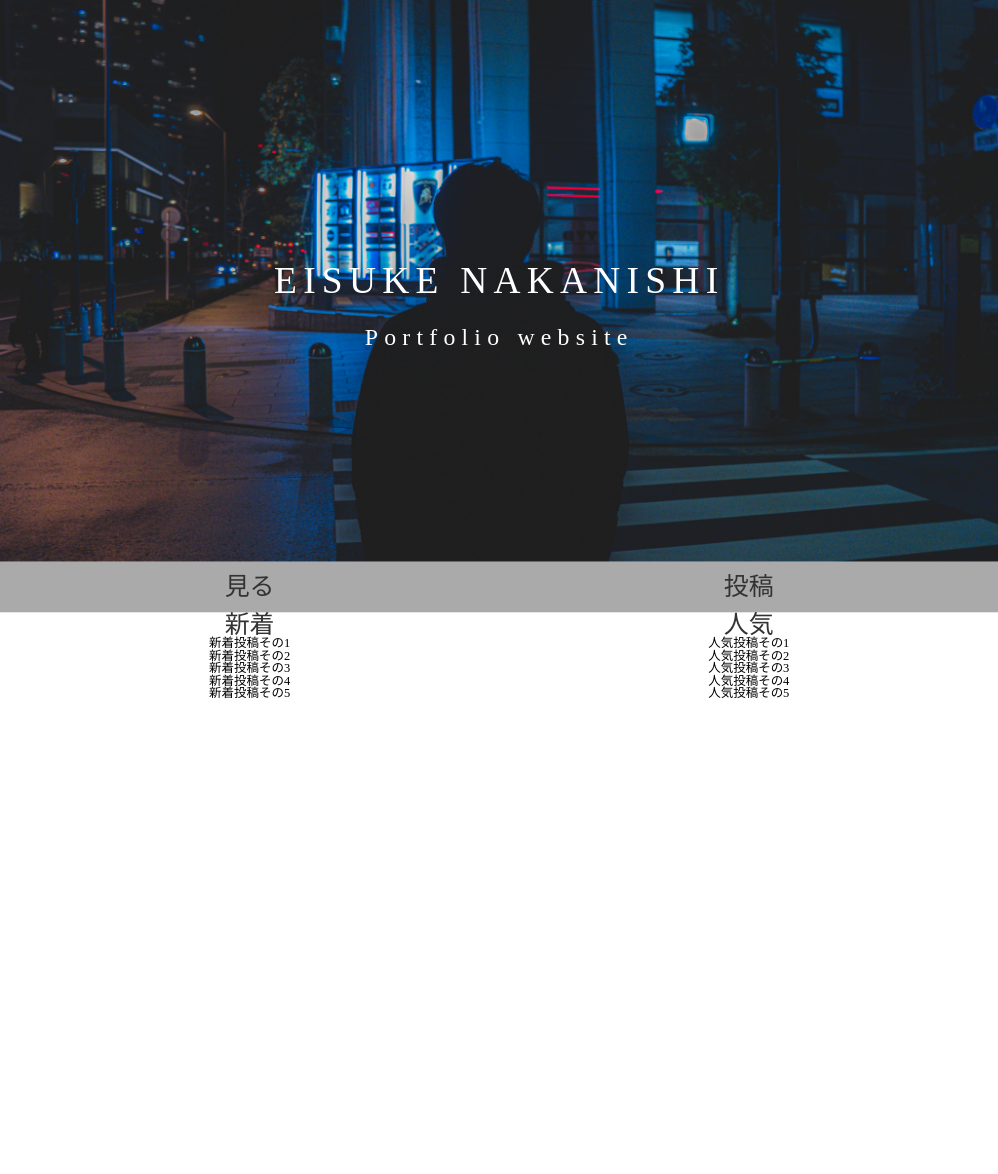
Repository: KustomApe/LandorusInc
Page: index.html
The author's editor kept a copy of each file at every save. The page is drawn from the files as they stood at one save, then again after a run of saves.
The browser window is 1280 px wide. The pictures show the whole page, at 78% of full size.

Above is the page before, as saved 2021-07-24 13:17:28.

After the next 2 saves:
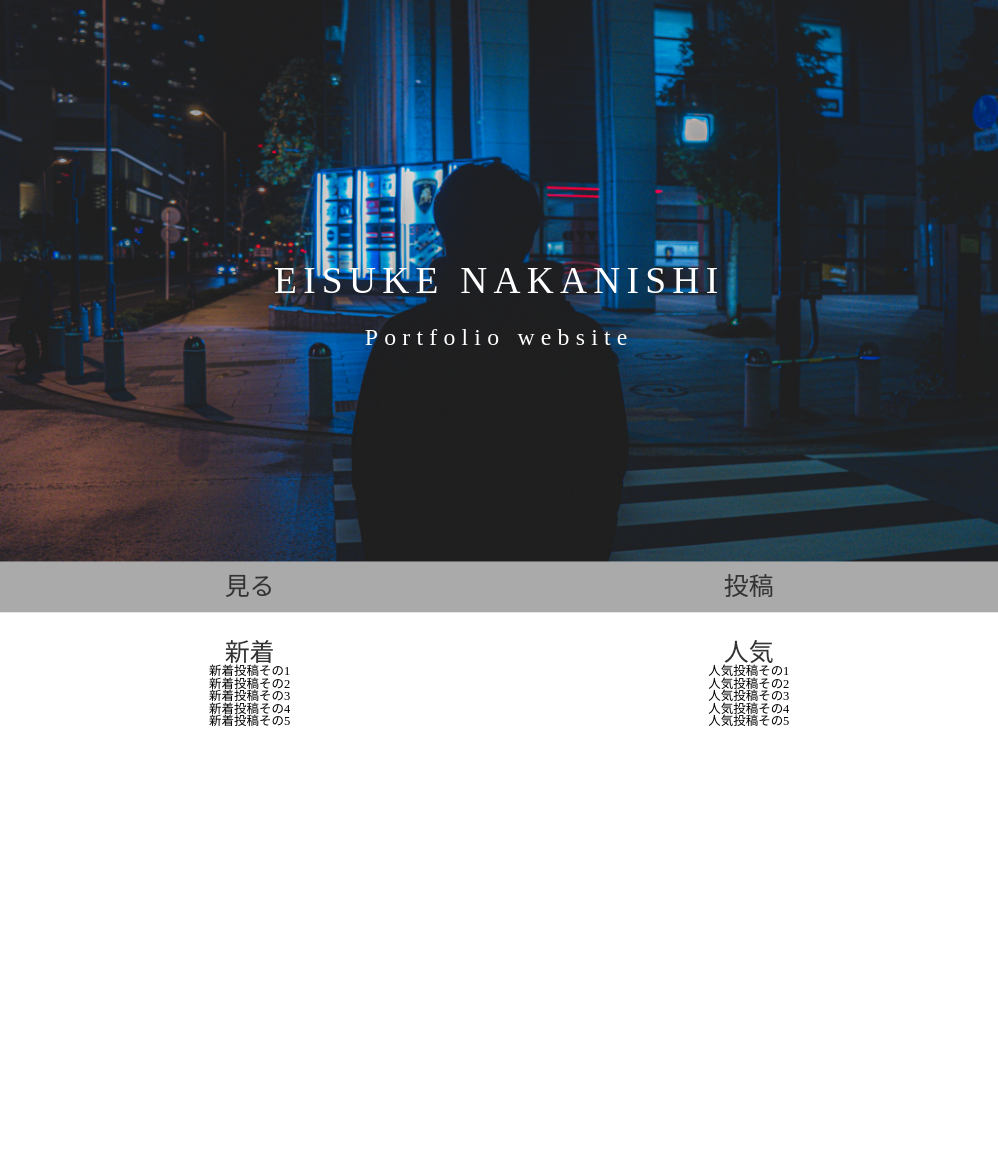
The 2 saves are shown as one change because they came seconds apart.
The last was saved 9 s later.
--- a/assets/css/style.css
+++ b/assets/css/style.css
@@ -72,7 +72,7 @@ div#topic {
 
 ul.topics {
     width: 50%;
-
+    padding-top: 5vh;
     list-style: none;
     text-align: center;
 }
